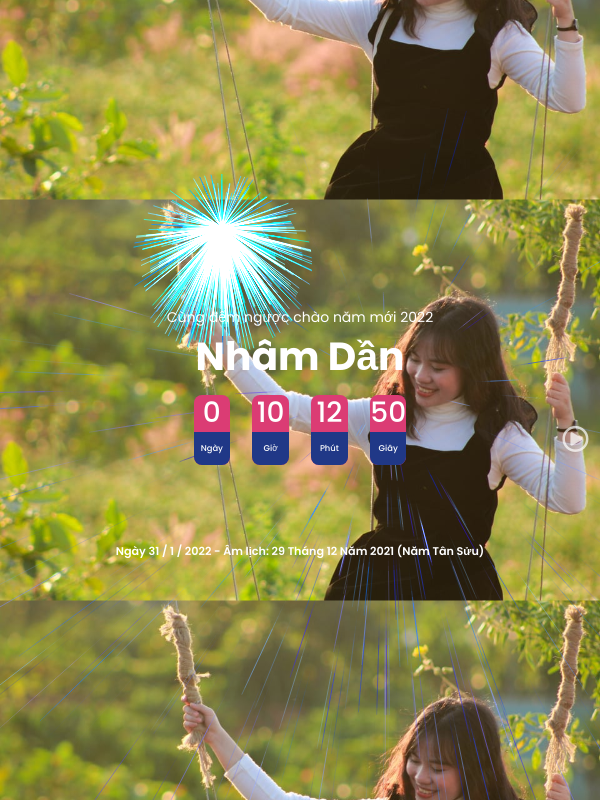
Repository: nguyenban1903/nguyenban1903.github.io
Page: huonggiangcountdown/index.html
These files come from the project's save history. The page is drawn as it stood at one moment and after the next save; the edit follows.
The browser window is 600 px wide. The pictures show the whole page.
Some web libraries are served in a nearby version.

Above is the page before, as saved 2022-01-31 17:09:20.

After the next save:
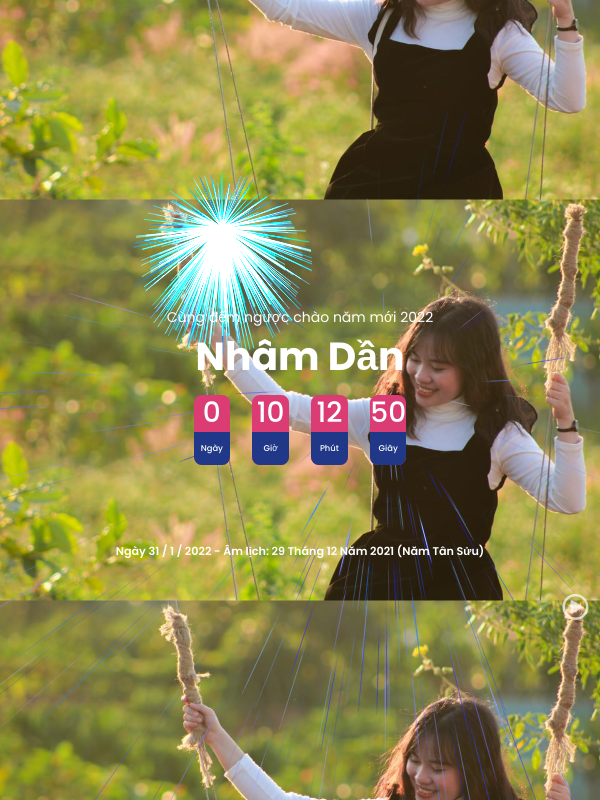
Saved 2 min 9 s later.
--- a/huonggiangcountdown/assets/css/style.css
+++ b/huonggiangcountdown/assets/css/style.css
@@ -230,7 +230,7 @@ body {
     font-weight: 600;
   }
   .musics {
-    bottom: 62em;
+    bottom: 32em;
     right: 2em;
   }
   .musics > i {
